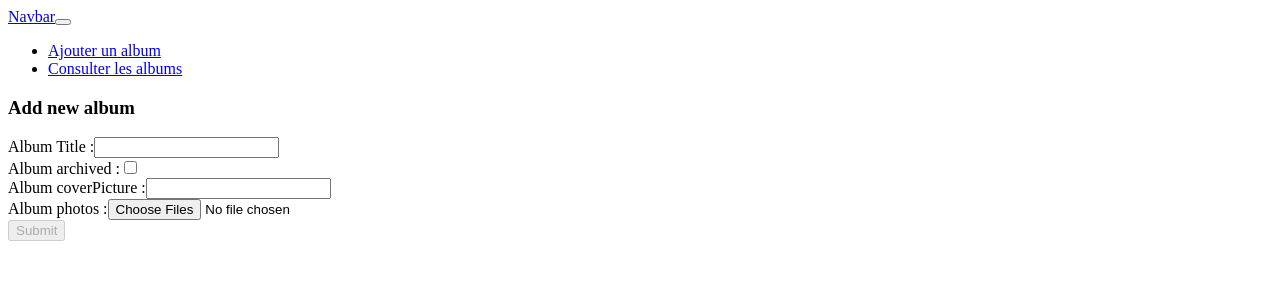
Repository: yassinecher/TestCC4SAE6
Page: /albums/add
An editor plug-in stored every save of this project. The page is shown before and after the next save, followed by the edit.
The browser window is 1280 px wide. The pictures show the whole page.
The project was rebuilt for these pictures with package versions that can differ from the ones it lists, and the page was loaded fresh each time. Also part of the build but not shown: angular.json, src/app/components/albums/albums.component.ts, src/app/components/not-found/not-found.component.ts.

Above is the page before, as saved 2024-12-20 15:04:33.

### src/index.html
<!doctype html>
<html lang="en">
<head>
  <meta charset="utf-8">
  <title>TestCCYassinecherni</title>
  <base href="/">
  <meta name="viewport" content="width=device-width, initial-scale=1">
  <link rel="icon" type="image/x-icon" href="favicon.ico">
</head>
<body>
  <app-root></app-root>
</body>
</html>

### src/app/app.module.ts
import { NgModule } from '@angular/core';
import { BrowserModule } from '@angular/platform-browser';

import { AppComponent } from './app.component';
import { AppRoutingModule } from './app-routing.module';
import { NavBarComponent } from './components/nav-bar/nav-bar.component';
import { AlbumsComponent } from './components/albums/albums.component';
import { AddAlbumsComponent } from './components/add-albums/add-albums.component';
import { NotFoundComponent } from './components/not-found/not-found.component';
import { FormsModule, ReactiveFormsModule } from '@angular/forms';

@NgModule({
  declarations: [
    AppComponent,
    NavBarComponent,
    AlbumsComponent,
    AddAlbumsComponent,
    NotFoundComponent,

  ],
  imports: [
    BrowserModule,
    AppRoutingModule,
    FormsModule,

    ReactiveFormsModule
  ],
  providers: [],
  bootstrap: [AppComponent]
})
export class AppModule { }

### src/app/app.component.ts
import { Component } from '@angular/core';

@Component({
  selector: 'app-root',
  templateUrl: './app.component.html',
  styleUrls: ['./app.component.css']
})
export class AppComponent {
  title = 'testCC_Yassinecherni';
}

### src/app/app-routing.module.ts
import { NgModule } from '@angular/core';
import { RouterModule, Routes } from '@angular/router';
import { AlbumsComponent } from './components/albums/albums.component';
import { AddAlbumsComponent } from './components/add-albums/add-albums.component';
import { NotFoundComponent } from './components/not-found/not-found.component';

const routes: Routes = [
  { path: 'albums', component: AlbumsComponent },
  { path: '', redirectTo: '/albums', pathMatch: 'full' },

  { path: 'albums/add', component: AddAlbumsComponent },
  { path: '**', component: NotFoundComponent },
];

@NgModule({
  imports: [RouterModule.forRoot(routes)],
  exports: [RouterModule]
})
export class AppRoutingModule { }

### src/app/components/add-albums/add-albums.component.ts
import { Component, OnInit } from '@angular/core';
import { FormControl, FormGroup, Validators } from '@angular/forms';

@Component({
  selector: 'app-add-albums',
  templateUrl: './add-albums.component.html',
  styleUrls: ['./add-albums.component.css']
})
export class AddAlbumsComponent  {
updateFiles($event: any) {
  console.log($event.target.files)
}
add() {
console.log(this.album.value)

}
  album!: FormGroup;
  ngOnInit(): void {
    this.album = new FormGroup({
      title: new FormControl('', [
        Validators.required,
        Validators.pattern('[0-9 a-z A-Z]+'),
      ]),
      creationDate: new FormControl(new Date(), [
        Validators.required,
      ]),
      archived: new FormControl(0),
      coverPicture: new FormControl('', [Validators.minLength(5)]),
      photos: new FormControl([]),

    });

  }
}

### src/app/app.component.html
<app-nav-bar>
</app-nav-bar>

  <router-outlet></router-outlet>

### src/app/components/nav-bar/nav-bar.component.html
<nav class="navbar navbar-expand-lg navbar-light bg-light">
    <div class="container-fluid">
        <a class="navbar-brand" href="#">Navbar</a>
        <button class="navbar-toggler" type="button" data-bs-toggle="collapse" data-bs-target="#navbarNav"
            aria-controls="navbarNav" aria-expanded="false" aria-label="Toggle navigation">
            <span class="navbar-toggler-icon"></span>
        </button>
        <div class="collapse navbar-collapse" id="navbarNav">
            <ul class="navbar-nav">
                <li class="nav-item">
                    <a class="nav-link active" aria-current="page"
                    routerLink="/albums/add">Ajouter un album</a>
                </li>
                <li class="nav-item">
                    <a class="nav-link active" aria-current="page"
                    routerLink="/albums">Consulter les albums</a>
                </li>
            </ul>
        </div>
    </div>
</nav>

### src/app/components/add-albums/add-albums.component.html
<div class="container">
    <div class="row">
        <h3>Add new album</h3>
    </div>
    <div class="row">
        <form [formGroup]="album">
            <div class="mb-3">
                <label>Album Title :</label>
                <input type="text" class="form-control" formControlName="title">
                <div class="alert alert-danger" *ngIf="album.get('title')!.invalid
                && (album.get('title')!.touched||album.get('title')!.dirty)">
                    <div *ngIf="album.get('title')!.hasError('required')">
                        Titre obligatoire</div>
                    <div *ngIf="album.get('title')!.hasError('pattern')">
                        Le
                        titre ne doit contenir que des lettres ou des chiffres</div>
                </div>
            </div>
            <div class="mb-3">
                <label>Album archived :</label>
                <input type="checkbox" class="form-control" formControlName="archived">
            </div>
            <div class="mb-3">
                <label>Album coverPicture :</label>
                <input type="text" class="form-control" formControlName="coverPicture">
                <div class="alert alert-danger" *ngIf="album.get('coverPicture')!.invalid
                && (album.get('coverPicture')!.touched||album.get('coverPicture')!.dirty)">
                    <div *ngIf="album.get('coverPicture')!.hasError('minlength')">
                        Minimum 5 caractères</div>
                </div>
            </div>
            <div class="mb-3">
                <label>Album photos :</label>
                <input (change)="updateFiles($event)" type="file"  multiple class="form-control" formControlName="coverPicture">

            </div>
            <div class="mb-3">
                <button  [disabled]="album.invalid" type="sumbit" value="Submit" class="btn btn-outline-success" (click)="add()">Submit</button>
            </div>
        </form>
    </div>
</div>

Loaded but not shown: src/styles.css (common file); src/main.ts (common file); src/app/components/nav-bar/nav-bar.component.ts (common file); src/app/app.component.css (no stored copy; drawn as an empty file); src/app/components/add-albums/add-albums.component.css (no stored copy; drawn as an empty file); src/app/components/nav-bar/nav-bar.component.css (no stored copy; drawn as an empty file)

After the next save:
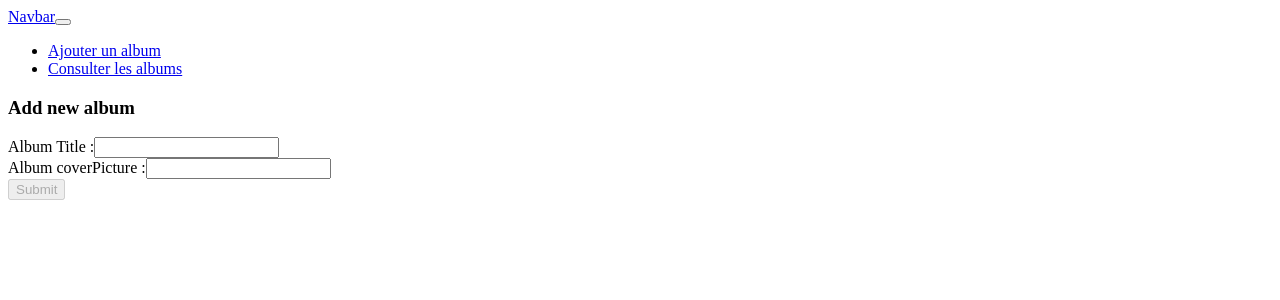
Saved 59 s later.
--- a/src/app/components/add-albums/add-albums.component.html
+++ b/src/app/components/add-albums/add-albums.component.html
@@ -16,10 +16,7 @@
                         titre ne doit contenir que des lettres ou des chiffres</div>
                 </div>
             </div>
-            <div class="mb-3">
-                <label>Album archived :</label>
-                <input type="checkbox" class="form-control" formControlName="archived">
-            </div>
+
             <div class="mb-3">
                 <label>Album coverPicture :</label>
                 <input type="text" class="form-control" formControlName="coverPicture">
@@ -29,11 +26,7 @@
                         Minimum 5 caractères</div>
                 </div>
             </div>
-            <div class="mb-3">
-                <label>Album photos :</label>
-                <input (change)="updateFiles($event)" type="file"  multiple class="form-control" formControlName="coverPicture">
 
-            </div>
             <div class="mb-3">
                 <button  [disabled]="album.invalid" type="sumbit" value="Submit" class="btn btn-outline-success" (click)="add()">Submit</button>
             </div>
